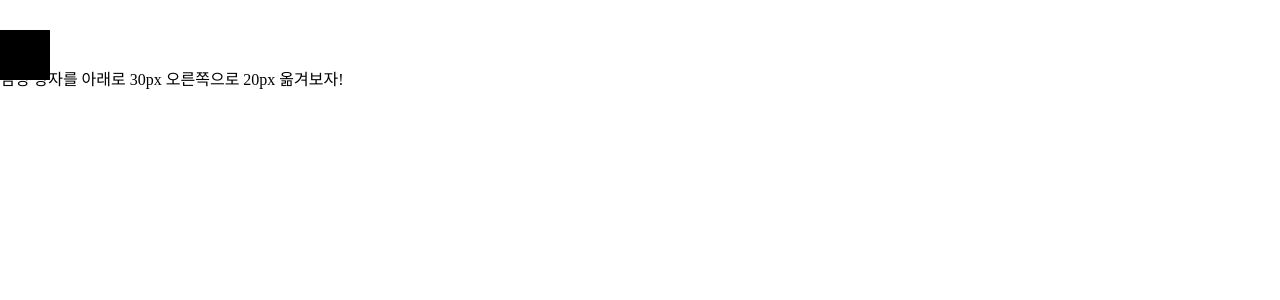
Repository: sunwoo711/sunwoo711.github.io
Page: 4_class/2.html
The author's editor kept a record of every edit. The page is drawn from the files as they stood at one moment, then again after the next edit.
The browser window is 1280 px wide. The pictures show the whole page.

Above is the page before.

After the next edit:
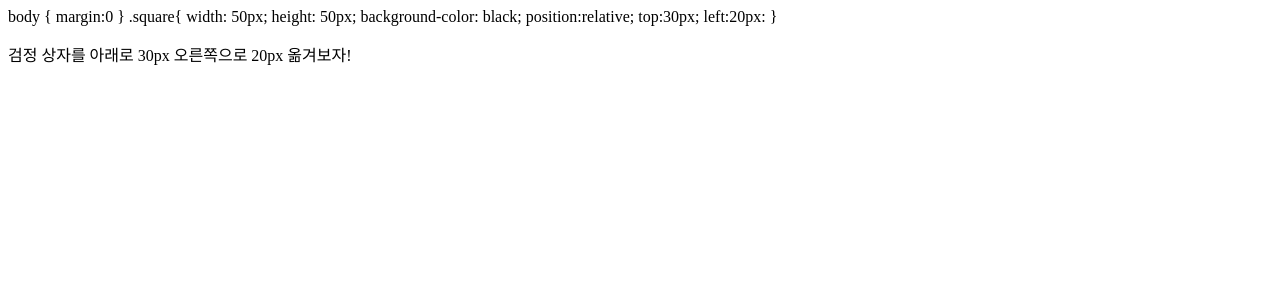
The edit:
--- a/4_class/2.html
+++ b/4_class/2.html
@@ -3,7 +3,7 @@
 <head>
     <meta charset="UTF-8">
     <title>Document</title>
-    <style type="text/css">
+    <style></style>
         body {
             margin:0
         }
